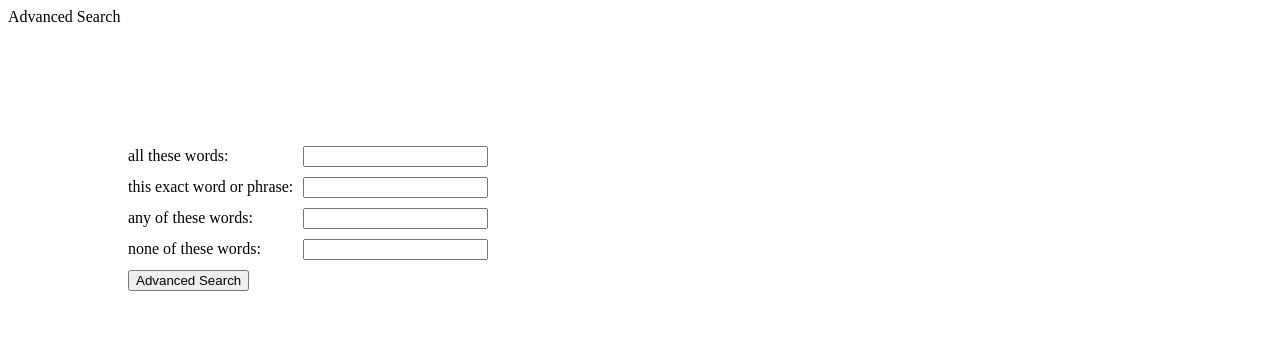
Repository: etentuk/search
Page: advanced_search.html
These files come from the project's save history. The page is drawn as it stood at one moment and after the next save; the edit follows.
The browser window is 1280 px wide. The pictures show the whole page.

Above is the page before, as saved 2021-11-03 23:33:15.

### advanced_search.html
<!DOCTYPE html>
<html lang="en">

<head>
    <title>Advanced Search</title>
    <link rel="stylesheet" href="styles.css">
</head>

<body>
    <header>
        Advanced Search
    </header>
    <div class="contentContainer">
        <form action="https://google.com/search" class="form-example">
            <div style="display: table-row;">
                <div class="form-example">
                    <label for="as_q">all these words: </label>
                    <input type="text" id="as_q" name="as_q">
                </div>
                <div class="form-example">
                    <label for="as_epq">this exact word or phrase: </label>
                    <input type="text" id="as_epq" name="as_epq">
                </div>
                <div class="form-example">
                    <label for="as_oq">any of these words: </label>
                    <input type="text" id="as_oq" name="as_oq">
                </div>
                <div class="form-example">
                    <label for="as_eq">none of these words: </label>
                    <input type="text" id="as_eq" name="as_eq">
                </div>
            </div>
            <input type="submit" value="Advanced Search">
        </form>
    </div>
</body>

</html>

### styles.css
form.form-example {
  display: table;
}

div.form-example {
  display: table-row;
}

label,
input {
  display: table-cell;
  margin-bottom: 10px;
}

label {
  padding-right: 10px;
}

div.contentContainer {

  padding: 60px;
  margin: 60px;
}

After the next save:
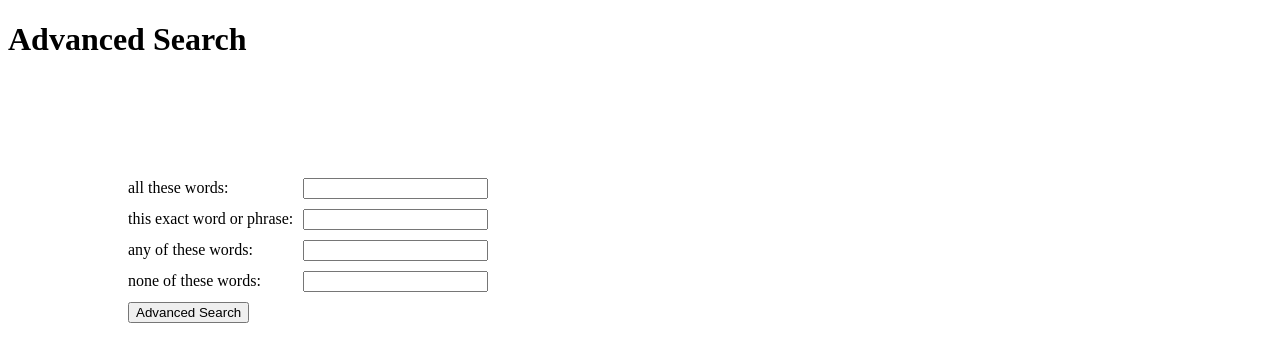
Saved 16 s later.
--- a/advanced_search.html
+++ b/advanced_search.html
@@ -8,7 +8,7 @@
 
 <body>
     <header>
-        Advanced Search
+        <h1>Advanced Search</h1>
     </header>
     <div class="contentContainer">
         <form action="https://google.com/search" class="form-example">
